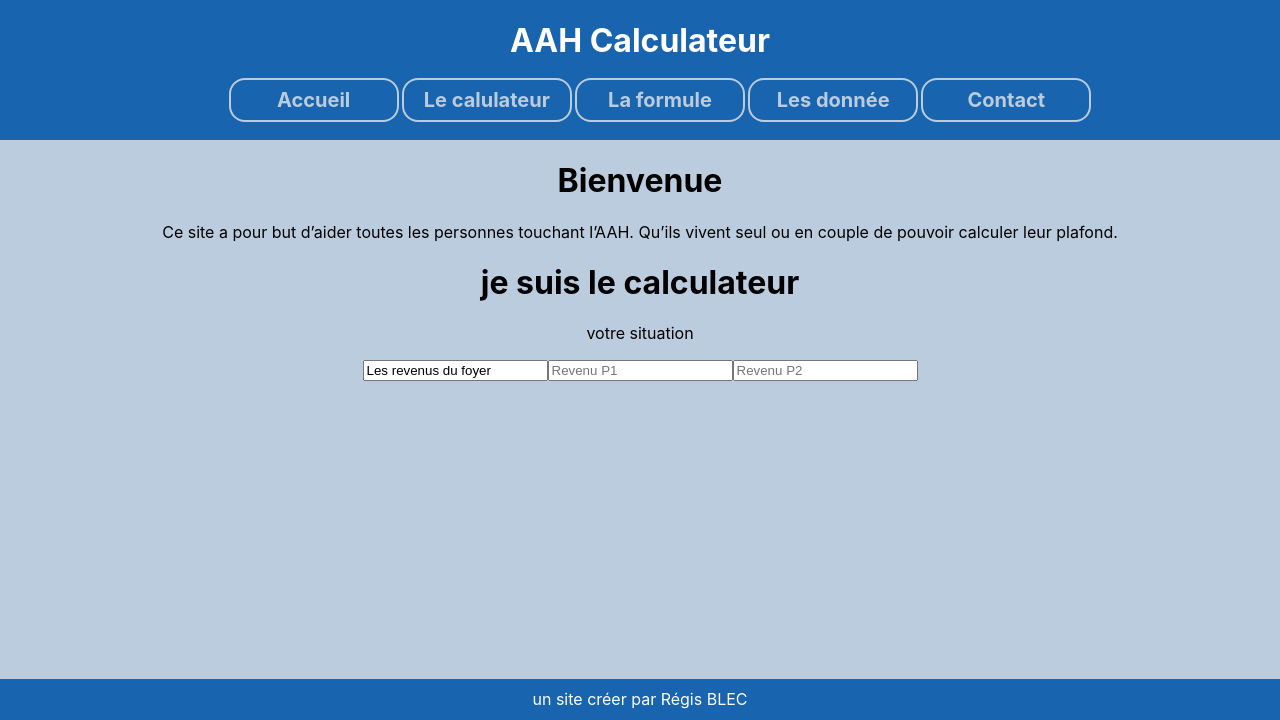
Repository: Cide74/calculateur-aah
Page: /
These files come from the project's save history. The page is drawn as it stood at one moment and after the next save; the edit follows.
The browser window is 1280 px wide. The pictures show the whole page.
The project was rebuilt for these pictures with package versions that can differ from the ones it lists, and the page was loaded fresh each time.

Above is the page before, as saved 2021-04-05 17:22:00.

### public/index.html
<!DOCTYPE html>
<html lang="fr">
  <head>
    <meta charset="utf-8" />
    <link rel="icon" href="%PUBLIC_URL%/logoAAH.ico" />
    <meta name="viewport" content="width=device-width, initial-scale=1" />
    <meta name="theme-color" content="#000000" />
    <meta
      name="description"
      content="Web site created using create-react-app"
    />
    <link rel="apple-touch-icon" href="%PUBLIC_URL%/logoAAH.jpg" />
    <!--
      manifest.json provides metadata used when your web app is installed on a
      user's mobile device or desktop. See https://developers.google.com/web/fundamentals/web-app-manifest/
    -->
    <link rel="manifest" href="%PUBLIC_URL%/manifest.json" />
    <!--
      Notice the use of %PUBLIC_URL% in the tags above.
      It will be replaced with the URL of the `public` folder during the build.
      Only files inside the `public` folder can be referenced from the HTML.

      Unlike "/favicon.ico" or "favicon.ico", "%PUBLIC_URL%/favicon.ico" will
      work correctly both with client-side routing and a non-root public URL.
      Learn how to configure a non-root public URL by running `npm run build`.
    -->
    <title>React App</title>
  </head>
  <body>
    <noscript>You need to enable JavaScript to run this app.</noscript>
    <div id="root"></div>
    <!--
      This HTML file is a template.
      If you open it directly in the browser, you will see an empty page.

      You can add webfonts, meta tags, or analytics to this file.
      The build step will place the bundled scripts into the <body> tag.

      To begin the development, run `npm start` or `yarn start`.
      To create a production bundle, use `npm run build` or `yarn build`.
    -->
  </body>
</html>

### src/index.css
body {
  margin: 0;
  font-family: -apple-system, BlinkMacSystemFont, 'Segoe UI', 'Roboto', 'Oxygen',
    'Ubuntu', 'Cantarell', 'Fira Sans', 'Droid Sans', 'Helvetica Neue',
    sans-serif;
  -webkit-font-smoothing: antialiased;
  -moz-osx-font-smoothing: grayscale;







  background-color:#BBCCDE;
  background-color:#1864AF;
}

code {
  font-family: source-code-pro, Menlo, Monaco, Consolas, 'Courier New',
    monospace;
}

### src/App.js
import Header from './components/Header/Header';
import Menu from './components/Menu/Menu';
import Main from './components/Main/Main';
import Footer from './components/Footer/Footer';

import './App.scss';

function App() {
  return (
    <div className="App">
      <Header />
      <Menu />
      <Main />
      <Footer />
    </div>
  );
}

export default App;

### src/components/Header/Header.js
//import Menu from '../Menu/Menu';
import './Header.scss';

export default function Header() {
  return (
    <div className="header">
      <h1 className="header-title">AAH Calculateur</h1>

    </div>
  );
}

### src/components/Menu/Menu.js

import './Menu.scss';

export default function Menu() {
  return (
		<nav className="menu">
			<ul className="menu__list">
				<li className="menu__item menu__item--current">
          <a className="menu__link">Accueil</a></li>
				<li className="menu__item">
          <a className="menu__link">Le calulateur</a></li>
				<li className="menu__item">
          <a className="menu__link">La formule</a></li>
				<li className="menu__item">
          <a className="menu__link">Les donnée</a></li>
				<li className="menu__item">
          <a className="menu__link">Contact</a></li>
			</ul>
		</nav>
  );
}

### src/components/Main/Main.js
import Home from '../Home/Home';
import Calculator from '../Calculator/Calculator';

import './Main.scss';

export default function Main() {
  return (
    <div className="Main">
      < Home />
      < Calculator />

    </div>
  );
}

### src/components/Footer/Footer.js
import './Footer.scss';

export default function Footer() {
  return (
    <div className="Footer">
      <h1 className="Footer-title">un site créer par Régis BLEC</h1>
    </div>
  );
}

### src/App.scss
.App {

  text-align: center;
  background-color:#1864AF ;
  background-color:#BBCCDE;

  display: flex;
  flex-direction: column;
  min-height: 100vh;

  h1 {
   // color:white;
  }
}

### src/components/Header/Header.scss
.header {
    background-color:#1864AF;
    &-title {
        color: white;
        font-size: 2em;
        background-color:#1864AF;
        margin-bottom: 0rem ;
    }
}

### src/components/Menu/Menu.scss
.menu {
    color:#BBCCDE;
    background-color:#1864AF;
    &__list {
        display:inline-flex;
    }
    &__item {
        max-width: auto;
        margin:0.1rem;
        padding: 0.5rem;
        list-style:none;
        font-size: 1.25em;
        font-weight: bolder;
        border-radius: 1rem ;
        border:2px solid #BBCCDE;
        min-width: 150px;
    }
    &__item:hover {
            color :#1864AF;
            border-radius: 3rem ;
            background-color:#BBCCDE;
        }
}

### src/components/Home/Home.js


import './Home.scss';

export default function Home() {
  return (
    <div className='Home'>
      <h1>Bienvenue</h1>
      <p>Ce site a pour but d’aider toutes les personnes touchant l’AAH. Qu’ils vivent seul ou en couple de pouvoir calculer leur plafond. </p>

    </div>
  );
}

### src/components/Calculator/Calculator.js
import React from 'react';


import './Calculator.scss';

export default function Calculator() {






  return (
    <div ClassName='calculateur'>
      <h1>je suis le calculateur</h1>
        <form>
          <p>votre situation</p>
          <div className='situation'>

          </div>
        </form>


      <form className='form'>
        <div className="field-revenu">
          <input
            type='text'
            className='field-input-revenu'
            onChange= ''
            value="Les revenus du foyer"
            name='revenu-text'
          />
          <input
            type='number'
            className='field-input-revenu'
            onChange= ''
            value=""
            //onChange={handleChange}
            placeholder='Revenu P1 '
            name='revenu1'
          />
          <input
            type='number'
            className='field-input-revenu'
            onChange= ''
            value=""
            //onChange={handleChange}
            placeholder='Revenu P2 '
            name='revenu1'
          />
        </div>
      </form>
    </div>
  );
}

### src/components/Main/Main.scss
.Main {
    background-color: #BBCCDE;
    flex: 1;


    p {
    overflow: auto;
    }

}

### src/components/Footer/Footer.scss
.Footer {

    text-align: center;
    background-color:#1864AF;

    position: relative;
    width: 100%;

    &-title {
        text-align: center;
        text-overflow: clip;
        color:white;
        font-weight: normal;
        font-size: 1em;
    }

}

### src/components/Calculator/Calculator.scss
.calculateur {
    color:orange;
}

Loaded but not shown: src/index.js (common file); src/reportWebVitals.js (common file); src/components/Home/Home.scss (no stored copy; drawn as an empty file)

After the next save:
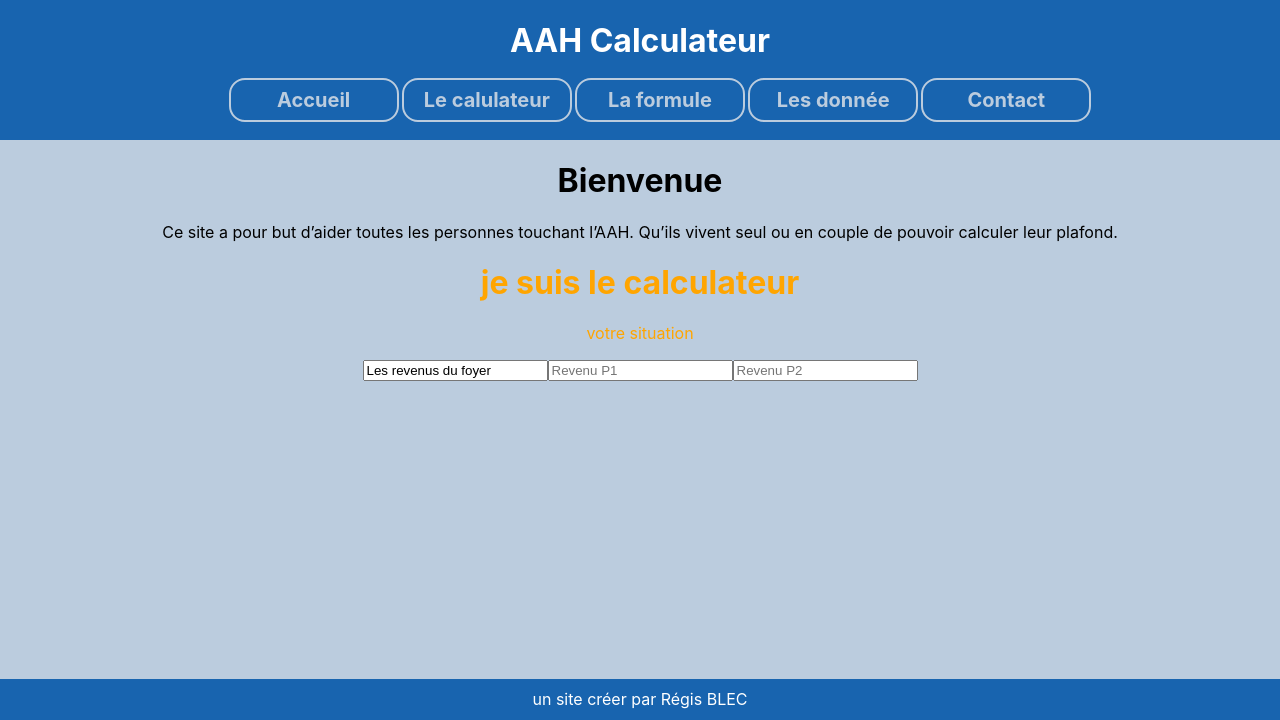
Saved 19 s later.
--- a/src/components/Calculator/Calculator.js
+++ b/src/components/Calculator/Calculator.js
@@ -11,7 +11,7 @@ export default function Calculator() {
 
 
   return (
-    <div ClassName='calculateur'>
+    <div className='calculateur'>
       <h1>je suis le calculateur</h1>
         <form>
           <p>votre situation</p>
